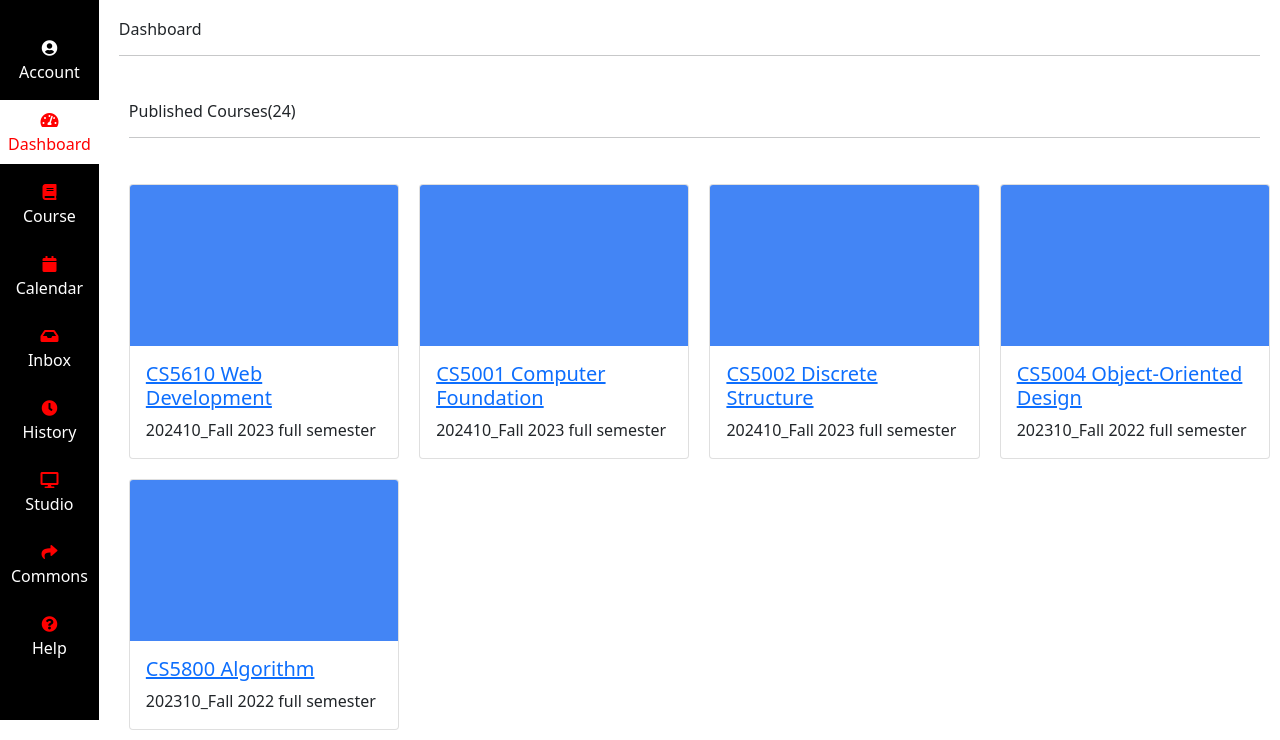
Repository: yuqiant/kanbas-react-web-app
Page: public/kanbas/dashboard/index.html
These files come from the project's save history. The page is drawn as it stood at one moment and after the next save; the edit follows.
The browser window is 1280 px wide. The pictures show the whole page.

Above is the page before, as saved 2023-10-04 22:31:44.

After the next save:
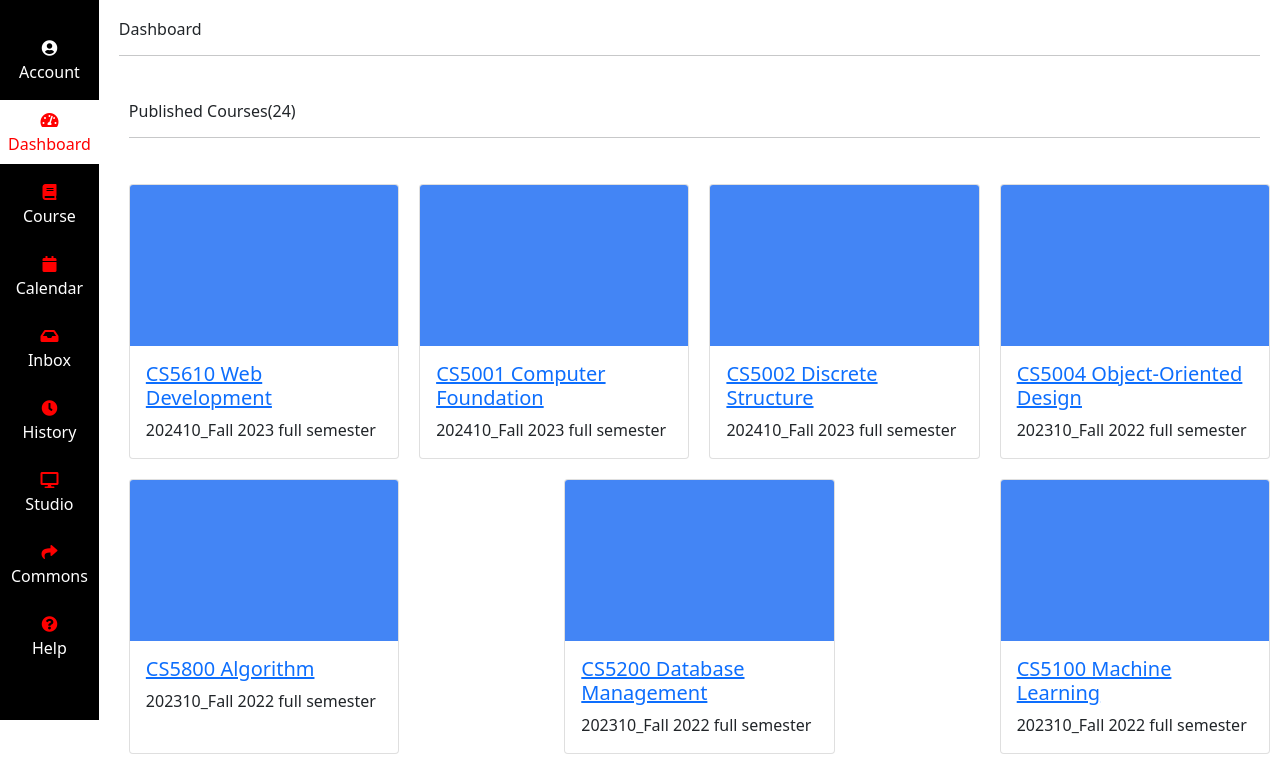
Saved 3 min 42 s later.
--- a/public/kanbas/dashboard/index.html
+++ b/public/kanbas/dashboard/index.html
@@ -78,6 +78,20 @@
                             <p class="card-text">202310_Fall 2022 full semester</p>
                         </div>
                     </div>
+                    <div class="card course-card">
+                        <img src="blue.png" class="card-img-top" alt="Course 1">
+                        <div class="card-body">
+                            <h5 class="card-title"><a href="#">CS5200 Database Management</a></h5>
+                            <p class="card-text">202310_Fall 2022 full semester</p>
+                        </div>
+                    </div>
+                    <div class="card course-card">
+                        <img src="blue.png" class="card-img-top" alt="Course 1">
+                        <div class="card-body">
+                            <h5 class="card-title"><a href="#">CS5100 Machine Learning</a></h5>
+                            <p class="card-text">202310_Fall 2022 full semester</p>
+                        </div>
+                    </div>
 
 
 
